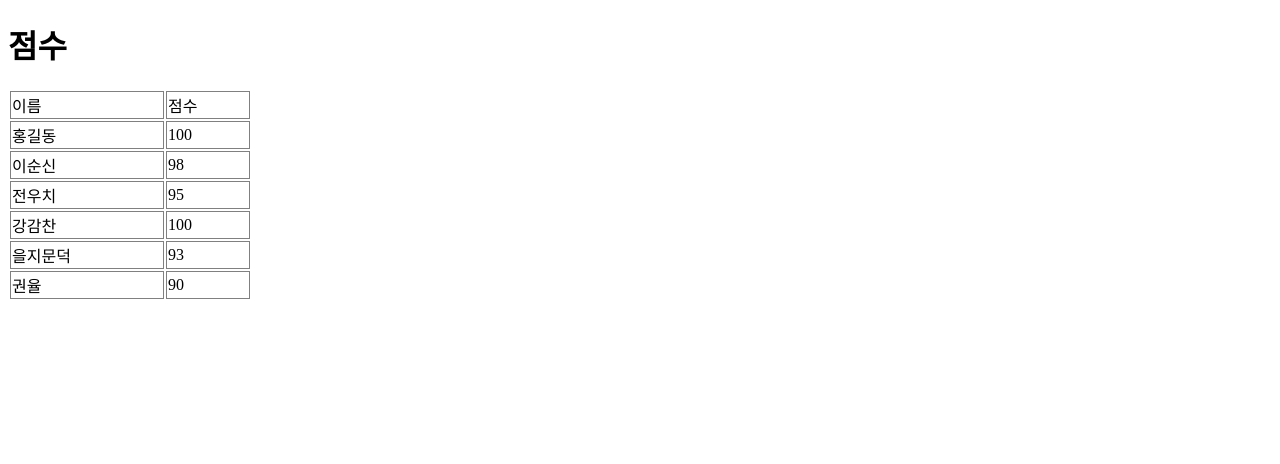
Repository: djdongjae/SpringProjects
Page: html1/src/main/webapp/01/table04.html
These files come from the project's save history. The page is drawn as it stood at one moment and after the next save; the edit follows.
The browser window is 1280 px wide. The pictures show the whole page.

Above is the page before, as saved 2023-03-13 01:22:31.

### html1/src/main/webapp/01/table04.html
<!DOCTYPE html>
<html>
  <head>
    <meta http-equiv="content-type" content="text/html; charset=utf-8">
    <title>점수</title>
    <style>
    	td {border: 1px solid gray;}
    </style>
  </head>
  <body>
    <h1>점수</h1>
    <table>
      <tr>
        <td style="width: 150px">이름</td>
        <td style="width: 80px">점수</td>
      </tr>
      <tr>
        <td>홍길동</td>
        <td>100</td>
      </tr>
      <tr>
        <td>이순신</td>
        <td>98</td>
      </tr>
      <tr>
        <td>전우치</td>
        <td>95</td>
      </tr>
      <tr>
        <td>강감찬</td>
        <td>100</td>
      </tr>
      <tr>
        <td>을지문덕</td>
        <td>93</td>
      </tr>
      <tr>
        <td>권율</td>
        <td>90</td>
      </tr>
    </table>
  </body>
</html>

After the next save:
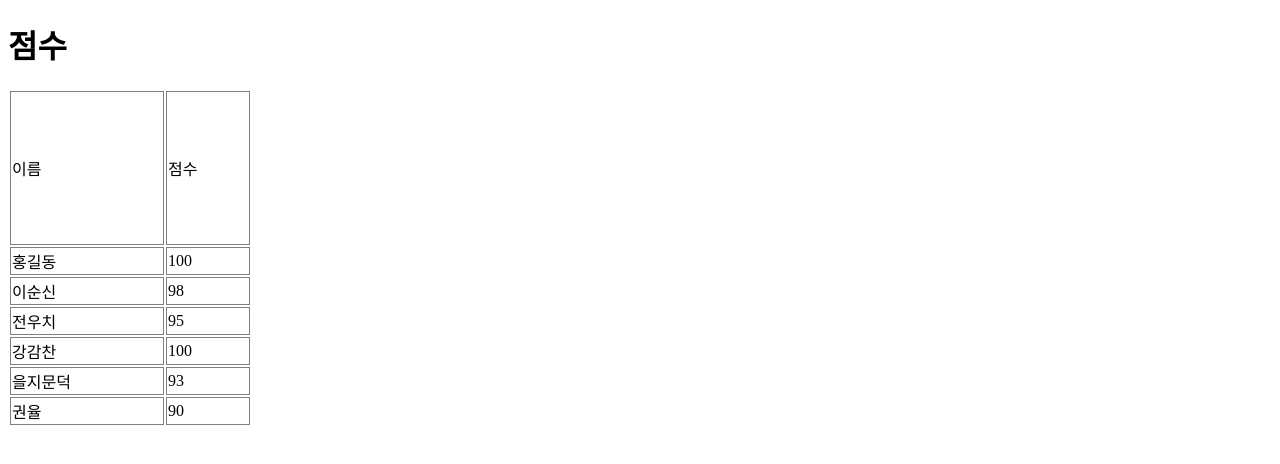
Saved 68 s later.
--- a/html1/src/main/webapp/01/table04.html
+++ b/html1/src/main/webapp/01/table04.html
@@ -12,7 +12,7 @@
     <table>
       <tr>
         <td style="width: 150px">이름</td>
-        <td style="width: 80px">점수</td>
+        <td style="width: 80px; height:150px">점수</td>
       </tr>
       <tr>
         <td>홍길동</td>
